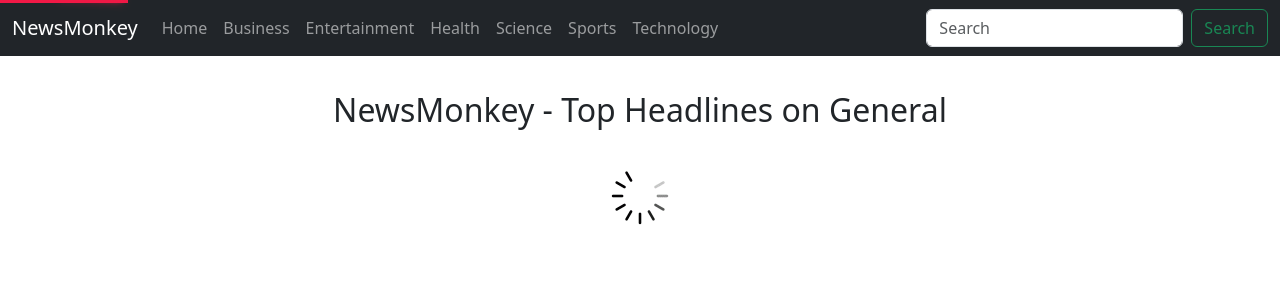
Repository: vishal1807gupta/newsapp
Page: /
These files come from the project's save history. The page is drawn as it stood at one moment and after the next save; the edit follows.
The browser window is 1280 px wide. The pictures show the whole page.
The page's requests for data from a server got no answer. The project was rebuilt for these pictures with package versions that can differ from the ones it lists, and the page was loaded fresh each time. No one was signed in, and anything a server would have sent is missing. Also part of the build but not shown: src/index.css, src/App.css, src/components/NewsItem.js.

Above is the page before, as saved 2023-01-15 12:35:31.

### src/App.js
import "./App.css";

import React, {useState} from "react";
// import PropTypes from 'prop-types'
import NavBar from "./components/NavBar";

import { BrowserRouter as Router, Routes, Route } from "react-router-dom";
import LoadingBar from 'react-top-loading-bar'
import News from "./components/News";

const App =()=>{
  // static propTypes = {
  //   prop: PropTypes
  // }

  // c = "Vishal";

  const pageSize = 15;
  const apiKey = process.env.REACT_APP_NEWS_API;

  const[progress,setprogress] = useState(0);

  const setProgress = (progress)=>{
    setprogress(progress);
  }
    return (
      <>
        {/* Hello my first class based component {this.c} */}
        <Router>
          <NavBar />
          <LoadingBar color="#f11946" height={3} progress={progress}/>
          <Routes>
            <Route
              exact
              path="/"
              element={<News setProgress={setProgress} apiKey = {apiKey} key="general" pageSize={pageSize} country="in" category="general" />}
            />
            <Route
              exact
              path="/business"
              element={<News setProgress={setProgress} apiKey = {apiKey} key="business" pageSize={pageSize} country="in" category="business" />}
            />
            <Route
              exact
              path="/entertainment"
              element={
                <News setProgress={setProgress} apiKey = {apiKey} key="entertainment" pageSize={pageSize} country="in" category="entertainment" />
              }
            />
            <Route
              exact
              path="/health"
              element={<News setProgress={setProgress} apiKey = {apiKey} key="health" pageSize={pageSize} country="in" category="health" />}
            />
            <Route
              exact
              path="/science"
              element={<News setProgress={setProgress} apiKey = {apiKey} key="/science" pageSize={pageSize} country="in" category="science" />}
            />
            <Route
              exact
              path="/sports"
              element={<News setProgress={setProgress} apiKey = {apiKey} key="sports" pageSize={pageSize} country="in" category="sports" />}
            />
            <Route
              exact
              path="/technology"
              element={<News setProgress={setProgress} apiKey = {apiKey} key="technology" pageSize={pageSize} country="in" category="technology" />}
            />
          </Routes>
        </Router>
      </>
    );

}

export default App;

### src/components/NavBar.js
import React from "react";
// import PropTypes from "prop-types";
import {Link} from "react-router-dom"

const NavBar = ()=>{
    return (
        <>
        <nav className="navbar top-fixed navbar-expand-lg navbar-dark bg-dark">
          <div className="container-fluid">
            <Link className="navbar-brand" to="/">
              NewsMonkey
            </Link>
            <button
              className="navbar-toggler"
              type="button"
              data-bs-toggle="collapse"
              data-bs-target="#navbarSupportedContent"
              aria-controls="navbarSupportedContent"
              aria-expanded="false"
              aria-label="Toggle navigation"
            >
              <span className="navbar-toggler-icon"></span>
            </button>
            <div
              className="collapse navbar-collapse"
              id="navbarSupportedContent"
            >
              <ul className="navbar-nav me-auto mb-2 mb-lg-0">
                <li className="nav-item">
                  <Link className="nav-link" aria-current="page" to="/">
                    Home
                  </Link>
                </li>
                <li className="nav-item">
                  <Link className="nav-link" to="/business">
                    Business
                  </Link>
                </li>
                <li className="nav-item">
                  <Link className="nav-link" to="/entertainment">
                    Entertainment
                  </Link>
                </li>
                <li className="nav-item">
                  <Link className="nav-link" to="/health">
                    Health
                  </Link>
                </li>
                <li className="nav-item">
                  <Link className="nav-link" to="/science">
                    Science
                  </Link>
                </li>
                <li className="nav-item">
                  <Link className="nav-link" to="/sports">
                    Sports
                  </Link>
                </li>
                <li className="nav-item">
                  <Link className="nav-link" to="/technology">
                    Technology
                  </Link>
                </li>
              </ul>
              <form className="d-flex" role="search">
                <input
                  className="form-control me-2"
                  type="search"
                  placeholder="Search"
                  aria-label="Search"
                />
                <button className="btn btn-outline-success" type="submit">
                  Search
                </button>
              </form>
            </div>
          </div>
        </nav>
        </>

    );

}

export default NavBar;

### src/components/News.js
import React, { useState , useEffect} from "react";
import NewsItem from "./NewsItem";
import Spinner from "./Spinner";
import PropTypes from 'prop-types';
import InfiniteScroll from "react-infinite-scroll-component";


const News =(props)=> {

  const [articles,setArticles] = useState([]);
  const [loading,setLoading] = useState(true);
  const [page,setPage] = useState(1);
  const [totalResults,setTotalResults] = useState(0);

  // document.title = `${capitiliazeFirst(props.category)} - NewsMonkey`;

  const capitiliazeFirst=(string)=>{
    return string.charAt(0).toUpperCase() + string.slice(1);
  }

    const updateNews = async()=>{
      props.setProgress(10);
      const url = `https://newsapi.org/v2/top-headlines?country=${props.country}&category=${props.category}&apiKey=${props.apiKey}&page=${page}&pageSize=${props.pageSize}`;
      setLoading(true);
      let data = await fetch(url);
      props.setProgress(30);
      let parseData = await data.json();
      props.setProgress(70);
      setArticles(parseData.articles);
      setTotalResults(parseData.totalResults);
      setLoading(false);
      props.setProgress(100);
    }

    // async componentDidMount(){  // It is a reactLifeCycle runs after the constructor
    //  this.updateNews();

    // }

    useEffect(()=>{
      updateNews();
      //eslint-disable-next-line

    },[])

    // const handlePrevClick = async()=>{

    //   // this.setState({
    //   //   page : this.state.page-1,

    //   // })
    //   // setTimeout(() => {
    //   //   this.updateNews()
    //   // }, 0);

    //   setPage(page-1);
    //   updateNews();
    // }

    // const handleNextClick = async()=>{

    //   // this.setState({
    //   //   page : this.state.page+1,
    //   // })

    //   // setTimeout(() => {
    //   //   this.updateNews()
    //   // }, 0);

    //   setPage(page+1);
    //   updateNews();

    // }

     const fetchMoreData =async()=>{

      // this.setState({
      //   page : ++this.state.page
      // })

      setPage(page+1);

      const url = `https://newsapi.org/v2/top-headlines?country=${props.country}&category=${props.category}&apiKey=${props.apiKey}&page=${page}&pageSize=${props.pageSize}`;
      setLoading(true);
      let data = await fetch(url);
      let parseData = await data.json();
      setArticles(articles.concat(parseData.articles));
      setTotalResults(parseData.totalResults);
      setLoading(false);

    }

    return (
      <>
        <h2 className="text-center" style = {{margin: '35px 0px'}}>NewsMonkey - Top Headlines on {capitiliazeFirst(props.category)}</h2>

        {loading && <Spinner/>}
        <InfiniteScroll
          dataLength={articles.length}
          next={fetchMoreData}
          hasMore={articles.length < totalResults}
          loader={<Spinner/>}
        >
        <div className="container my-3">
        <div className="row">
          {articles.map((element,index)=>{
            return  <div className="col-md-4" key = {index} >
            <NewsItem title={element.title?element.title.slice(0,45):""} description={element.description?element.description.slice(0,88):""} imageUrl = {element.urlToImage} newsUrl={element.url} author = {element.author} date = {element.publishedAt} source = {element.source.name}/>
          </div>
          })}
           </div>
           </div>
          </InfiniteScroll>

          {/* <div className="container d-flex justify-content-between">
          <button disabled= {this.state.page<=1} type="button" className="btn btn-dark" onClick={this.handlePrevClick}>&larr; Previous</button>
          <button disabled={this.state.page+1 > (Math.ceil(this.state.totalResults/props.pageSize))} type="button" className="btn btn-dark" onClick={this.handleNextClick}>Next &rarr;</button>
          </div> */}
          </>
    );
}

News.defaultProps = {
  country : 'in',
  pageSize:9,
  category : 'general'
}

News.propTypes = {
  country : PropTypes.string,
  pageSize : PropTypes.number,
  category : PropTypes.string
}

export default News;

### src/components/Spinner.js
import React from 'react'
import loading from './loading.gif'

const Spinner =()=> {
    return (
      <div className='text-center'>
        <img src={loading} alt="loading"/>
      </div>
    )

}

export default Spinner;

Loaded but not shown: public/index.html (common file); src/index.js (common file); src/reportWebVitals.js (common file)

After the next save:
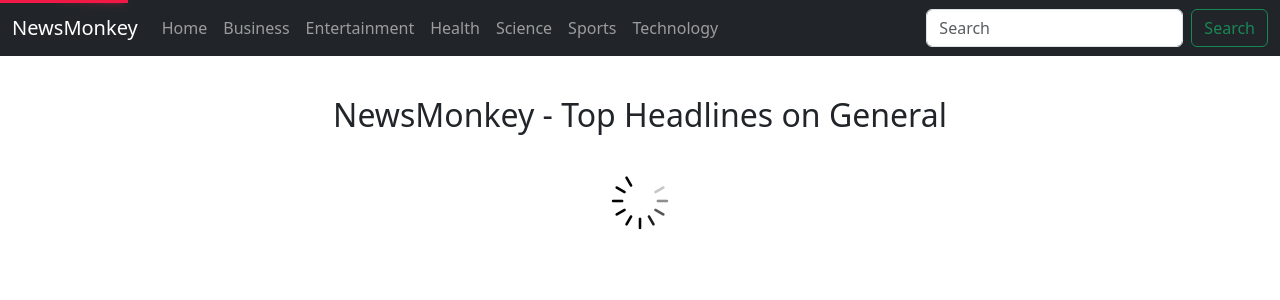
Saved 20 s later.
--- a/src/components/News.js
+++ b/src/components/News.js
@@ -92,7 +92,7 @@
 
     return (
       <>
-        <h2 className="text-center" style = {{margin: '35px 0px'}}>NewsMonkey - Top Headlines on {capitiliazeFirst(props.category)}</h2>
+        <h2 className="text-center" style = {{margin: '35px 0px',marginTop: '40px'}}>NewsMonkey - Top Headlines on {capitiliazeFirst(props.category)}</h2>
 
         {loading && <Spinner/>}
         <InfiniteScroll
